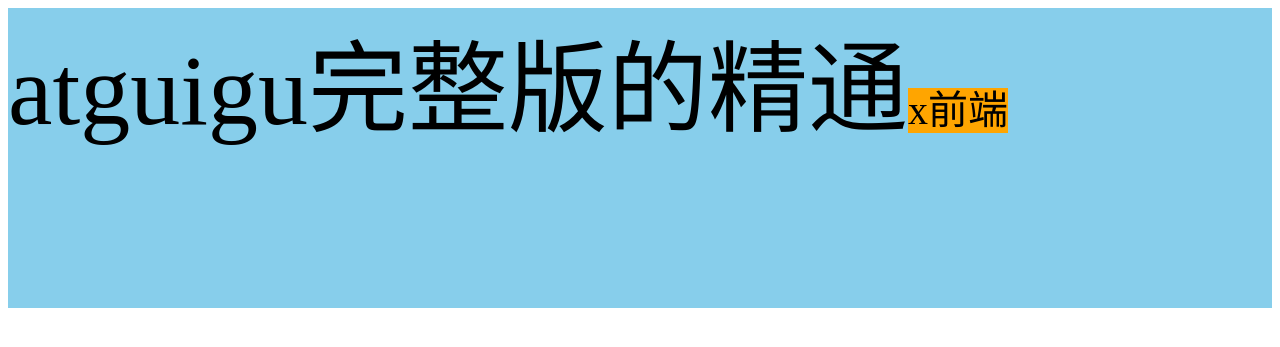
Repository: 123648923/html5-css3
Page: css/10 常用文本属性/10 vertical-align.html
The author's editor kept a copy of each file at every save. The page is drawn from the files as they stood at one save, then again after the next save.
The browser window is 1280 px wide. The pictures show the whole page.

Above is the page before, as saved 2023-11-06 15:36:03.

After the next save:
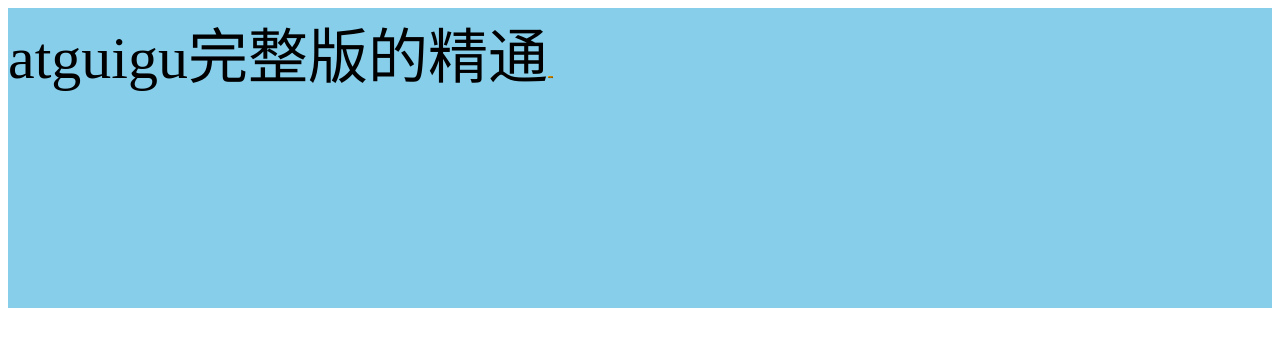
Saved 16 s later.
--- a/css/10 常用文本属性/10 vertical-align.html
+++ b/css/10 常用文本属性/10 vertical-align.html
@@ -6,13 +6,13 @@
     <title>vertical-align</title>
     <style>
         div {
-            font-size: 100px;
+            font-size: 60px;
             background-color: skyblue;
             height: 300px;
         }
 
         span {
-            font-size: 40px;
+            font-size: 2px;
             background-color: orange;
         }
     </style>
